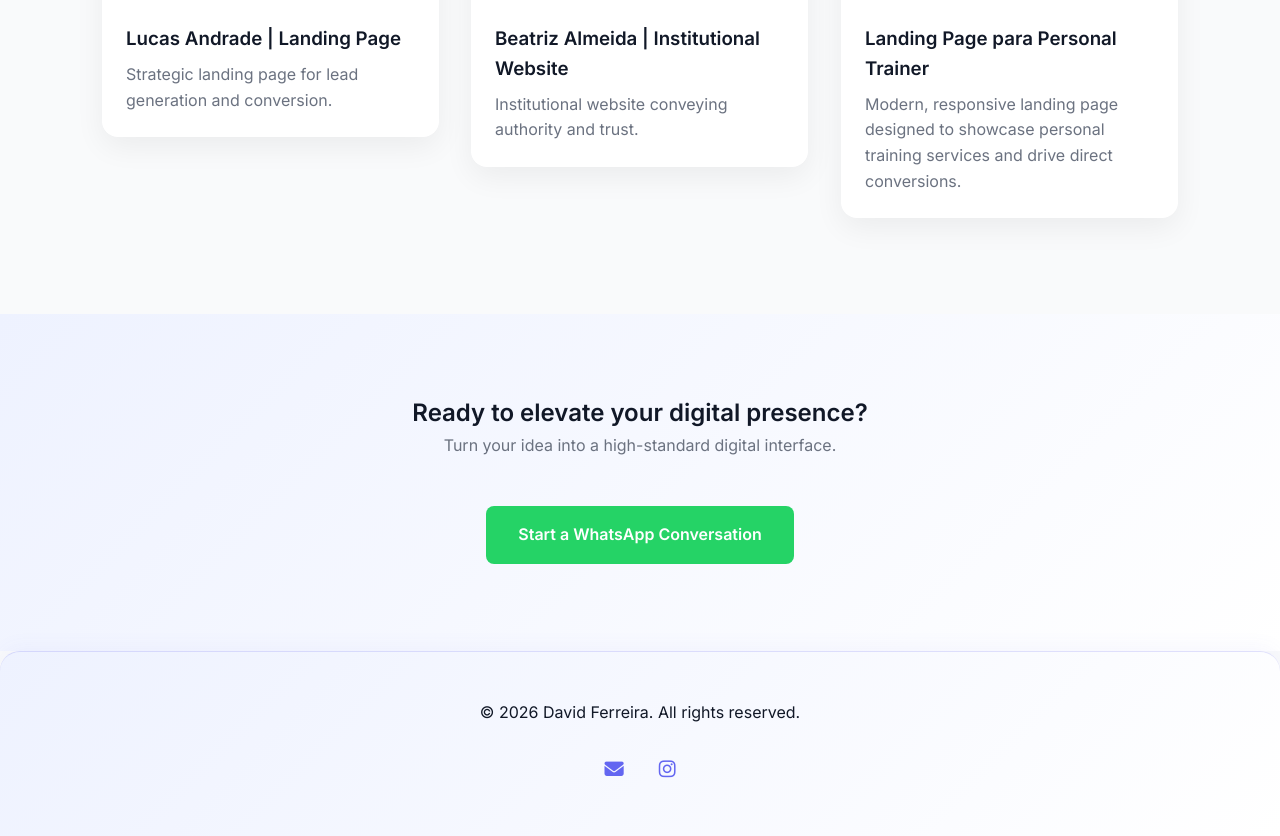
Repository: davidfsillva/David_Ferreira
Page: index.html
An editor plug-in stored every save of this project. The page is shown before and after a run of saves, followed by the edit.
The browser window is 1280 px wide. The pictures show the part of the page from y = 2118 to 2954 px (the page is 2954 px tall before and 2924 px after).

Above is the page before, as saved 2026-02-13 13:10:14.
Console error: TypeError: Cannot read properties of null (reading 'addEventListener')

### index.html
<!DOCTYPE html>
<html lang="en">
<head>
    <meta charset="UTF-8">
    <meta name="viewport" content="width=device-width, initial-scale=1.0">

    <title>David Ferreira | Front-end Developer & Premium UI Designer</title>

    <!-- Primary SEO -->
    <meta name="description" content="David Ferreira is a front-end developer specialized in premium interfaces, high-conversion landing pages, and modern digital experiences.">
    <meta name="keywords" content="Front-end Developer, Web Designer, UI Designer, Landing Page, Web Development, Freelancer Brazil">
    <meta name="author" content="David Ferreira">
    <meta name="robots" content="index, follow">
    <link rel="canonical" href="https://yourdomain.com/">

    <!-- Open Graph (Facebook, LinkedIn) -->
    <meta property="og:title" content="David Ferreira | Premium Front-end Developer">
    <meta property="og:description" content="High-standard digital interfaces focused on performance and conversion.">
    <meta property="og:image" content="https://yourdomain.com/preview.jpg">
    <meta property="og:url" content="https://yourdomain.com/">
    <meta property="og:type" content="website">

    <!-- Twitter Card -->
    <meta name="twitter:card" content="summary_large_image">
    <meta name="twitter:title" content="David Ferreira | Web Developer">
    <meta name="twitter:description" content="Premium web development focused on performance and modern design.">
    <meta name="twitter:image" content="https://yourdomain.com/preview.jpg">

    <!-- Favicon -->
    <link rel="icon" href="favicon.ico" type="image/x-icon">

    <!-- Fonts -->
    <link href="https://fonts.googleapis.com/css2?family=Inter:wght@300;400;600&family=Plus+Jakarta+Sans:wght@700;800&display=swap" rel="stylesheet">

    <!-- Font Awesome -->
    <link rel="stylesheet" href="https://cdnjs.cloudflare.com/ajax/libs/font-awesome/6.5.0/css/all.min.css" integrity="sha512-..." crossorigin="anonymous" referrerpolicy="no-referrer" />

    <link rel="stylesheet" href="style.css">
</head>

<body>

    <!-- NAVBAR -->
    <nav class="navbar">
        <div class="logo"><a href="#">David | Web Developer<span>.</span></a></div>

        <ul class="nav-links">
            <li><a href="#about">About</a></li>
            <li><a href="#portfolio">Projects</a></li>
            <li><a href="#contact" class="btn-sm">Contact</a></li>
        </ul>
    </nav>

    <!-- HERO -->
    <section class="hero">
        <div class="hero-content">
            <h1>Creating high-level digital <span> with code experiences</span></h1>
            <p>Front-end developer specialized in high-standard interfaces and landing pages focused on results.</p>
            <div class="hero-btns">
                <a href="#portfolio" class="btn-primary">See Projects</a>
                <a href="#contact" class="btn-secondary">Let's Talk</a>
            </div>
        </div>
        <div class="hero-visual">
            <div class="hero-glow"></div>
        </div>
    </section>

    <!-- ABOUT -->
    <section id="about" class="section">
        <h2>About Me</h2>
        <p>I'm David Ferreira, a Front-end developer focused on creating modern, functional websites with premium interfaces. I work with HTML, CSS, JavaScript, and React, prioritizing performance, design, and user experience.</p>
        <p>My goal is to help businesses and professionals stand out digitally through websites that convey trust and deliver real results.</p>
    </section>

    <!-- PORTFOLIO -->
    <section id="portfolio" class="portfolio">
        <div class="section-header">
            <h2>Selected Projects</h2>
            <p>A showcase of solutions focused on performance and design.</p>
        </div>
        <div class="portfolio-grid">

            <!-- Project 6 -->
            <a href="https://davidfsillva.github.io/Evergreen-Elite-Landscaping/" target="_blank" class="project-link">
                <div class="project-card">
                    <div class="card-image">
                        <img src="img/lndg.png" alt="Alex Carter Project">
                        <div class="card-overlay"><span>View Details</span></div>
                    </div>
                    <div class="card-info">
                        <h3>Evergreen Elite |Landing Page</h3>
                        <p>Personal branding website for a professional athlete.</p>
                    </div>
                </div>
            </a>

            <!-- Project 1 -->
            <a href="https://davidfsillva.github.io/Alex-Carter/" target="_blank" class="project-link">
                <div class="project-card">
                    <div class="card-image">
                        <img src="img/alex.png" alt="Alex Carter Project">
                        <div class="card-overlay"><span>View Details</span></div>
                    </div>
                    <div class="card-info">
                        <h3>Alex Carter | Landing Page</h3>
                        <p>Personal branding website for a professional athlete.</p>
                    </div>
                </div>
            </a>

            <!-- Project 2 -->
            <a href="https://davidfsillva.github.io/e-hammershark/" target="_blank" class="project-link">
                <div class="project-card">
                    <div class="card-image">
                        <img src="img/ecomerce.png" alt="Hammershark Project">
                        <div class="card-overlay"><span>View Details</span></div>
                    </div>
                    <div class="card-info">
                        <h3>Hammershark | E-commerce</h3>
                        <p>Fitness fashion e-commerce, focused on branding and shopping experience.</p>
                    </div>
                </div>
            </a>

            <!-- Project 3 -->
            <a href="https://davidfsillva.github.io/landing-page/" target="_blank" class="project-link">
                <div class="project-card">
                    <div class="card-image">
                        <img src="img/landingpage.png" alt="Landing Page Project">
                        <div class="card-overlay"><span>View Details</span></div>
                    </div>
                    <div class="card-info">
                        <h3>Lucas Andrade | Landing Page</h3>
                        <p>Strategic landing page for lead generation and conversion.</p>
                    </div>
                </div>
            </a>

            <!-- Project 4 -->
            <a href="https://davidfsillva.github.io/beatriz-almeida-adv/" target="_blank" class="project-link">
                <div class="project-card">
                    <div class="card-image">
                        <img src="img/adv.png" alt="Beatriz Almeida Law Firm Project">
                        <div class="card-overlay"><span>View Details</span></div>
                    </div>
                    <div class="card-info">
                        <h3>Beatriz Almeida | Institutional Website</h3>
                        <p>Institutional website conveying authority and trust.</p>
                    </div>
                </div>
            </a>

            <!-- Project 5 -->
            <a href="https://davidfsillva.github.io/Hailey-Reed-Coaching/" target="_blank" class="project-link">
                <div class="project-card">
                    <div class="card-image">
                        <img src="img/Hailey.png" alt="Beatriz Almeida Law Firm Project">
                        <div class="card-overlay"><span>View Details</span></div>
                    </div>
                    <div class="card-info">
                        <h3>Landing Page para Personal Trainer</h3>
                        <p>Modern, responsive landing page designed to showcase personal training services and drive direct conversions.</p>
                    </div>
                </div>
            </a>
        </div>
    </section>

    <!-- CTA / CONTACT -->
    <section id="contact" class="cta-section">
        <h2>Ready to elevate your digital presence?</h2>
        <p>Turn your idea into a high-standard digital interface.</p>
        <a href="https://wa.me/5511990242453" target="_blank" class="btn-whatsapp">Start a WhatsApp Conversation</a>
    </section>

    <!-- FOOTER -->
    <footer>
        <div class="footer-content">
            <p>&copy; 2026 David Ferreira. All rights reserved.</p>
            <div class="social-links">
                <a href="mailto:davidfsillva@icloud.com" target="_blank" rel="noopener noreferrer"><i class="fa-solid fa-envelope"></i></a>
                <a href="https://www.instagram.com/david_websites?igsh=MWdmZWJ3MW80N3JsNQ==" target="_blank" rel="noopener noreferrer"><i class="fa-brands fa-instagram"></i></a>
            </div>
        </div>
    </footer>

    <script src="scripts.js"></script>
</body>
</html>

### style.css
:root {
  --primary: #6366f1;
  --primary-light: #818cf8;
  --accent: #a855f7;
  --text-dark: #111827;
  --text-light: #6b7280;
  --bg-light: #f9fafb;
  --white: #ffffff;
  --transition: all 0.3s ease;
}

/* RESET */
* {
  margin: 0;
  padding: 0;
  box-sizing: border-box;
}

html {
  scroll-behavior: smooth;   /* já tinha */
  scroll-padding-top: 70px; /* ajuste esse valor para altura da navbar */
}


body {
  font-family: 'Inter', sans-serif;
  background: var(--bg-light);
  color: var(--text-dark);
  line-height: 1.6;
  animation: fadePage 0.8s ease-in-out;
}

@keyframes fadePage {
  from { opacity: 0; transform: translateY(10px); }
  to { opacity: 1; transform: translateY(0); }
}

/* NAVBAR */
.navbar {
  position: fixed;
  width: 100%;
  top: 0;
  padding: 1.5rem 8%;
  display: flex;
  justify-content: space-between;
  align-items: center;
  background: rgba(255,255,255,0.85);
  backdrop-filter: blur(12px);
  box-shadow: 0 4px 20px rgba(0,0,0,0.05);
  z-index: 1000;
  transition: var(--transition);
}

.logo {
  font-family: 'Plus Jakarta Sans', sans-serif;
  font-weight: 800;
  font-size: 1.5rem;
}

.logo a {
  text-decoration: none;   /* remove o sublinhado */
  color: var(--text-dark); /* cor principal da logo */
  font-weight: 800;
  font-size: 1.5rem;
}

.logo a span {
  color: var(--primary);   /* deixa apenas o ponto colorido */
}


.logo span {
  color: var(--primary);
}

.nav-links {
  display: flex;
  list-style: none;
  gap: 2rem;
}

.nav-links a {
  text-decoration: none;
  color: var(--text-light);
  font-weight: 500;
  transition: var(--transition);
}

.nav-links a:hover {
  color: var(--primary);
  transform: translateY(-2px);
}

/* HERO */
.hero {
  min-height: 100vh;
  padding: 120px 8% 80px; /* aumentei de 60px para 80px */
  display: flex;
  align-items: center;
  justify-content: space-between;
  background: linear-gradient(135deg, #eef2ff, #ffffff);
  flex-wrap: wrap;
}

.hero-content {
  max-width: 600px;
  animation: heroFade 1s ease 0.2s both;
}

@keyframes heroFade {
  from { opacity: 0; transform: translateY(40px); }
  to { opacity: 1; transform: translateY(0); }
}

.badge {
  display: inline-block;
  padding: 0.5rem 1rem;
  background: rgba(99,102,241,0.1);
  color: var(--primary);
  border-radius: 20px;
  font-size: 0.8rem;
  font-weight: 600;
  margin-bottom: 1.5rem;
}

.hero h1 {
  font-family: 'Plus Jakarta Sans', sans-serif;
  font-size: clamp(2rem, 5vw, 3.5rem);
  line-height: 1.2;
  margin-bottom: 1.5rem;
}

.hero h1 span {
  background: linear-gradient(90deg, var(--primary), var(--accent));
  -webkit-background-clip: text;
  -webkit-text-fill-color: transparent;
}

.hero p {
  font-size: 1.1rem;
  color: var(--text-light);
  margin-bottom: 2rem;
}

/* BUTTONS */
.btn-primary,
.btn-secondary,
.btn-whatsapp {
  display: inline-block;
  padding: 0.9rem 2rem;
  border-radius: 8px;
  text-decoration: none;
  font-weight: 600;
  transition: all 0.3s ease;
  position: relative;
  overflow: hidden;
}

.btn-primary {
  background: linear-gradient(90deg, var(--primary), var(--accent));
  color: white;
  box-shadow: 0 10px 25px rgba(99,102,241,0.3);
}

.btn-primary:hover {
  transform: translateY(-4px) scale(1.03);
}

.btn-primary:active {
  transform: scale(0.96);
}

.btn-primary::after {
  content: "";
  position: absolute;
  width: 200%;
  height: 200%;
  background: radial-gradient(circle, rgba(255,255,255,0.4), transparent 60%);
  top: -50%;
  left: -50%;
  opacity: 0;
  transition: opacity 0.4s ease;
}

.btn-primary:hover::after {
  opacity: 1;
}

.btn-secondary {
  border: 1px solid #e5e7eb;
  color: var(--text-dark);
  margin-left: 1rem;
  box-shadow: 0 5px 25px rgba(99,102,241,0.3);

}

.btn-secondary:hover {
  background: #f3f4f6;
  transform: translateY(-4px);
}

.btn-secondary:active {
  transform: scale(0.96);
}

.btn-whatsapp {
  background: linear-gradient(90deg, #25d366, #1ebe57);
  color: white;
  padding: 1rem 2rem;
  border-radius: 8px;
  font-weight: 600;
  transition: var(--transition);
}

.btn-whatsapp:hover {
  transform: translateY(-3px) scale(1.03);
  box-shadow: 0 8px 20px rgba(37,211,102,0.4);
}

.btn-whatsapp:active {
  transform: scale(0.96);
}

.hero-btns {
  display: flex;
  flex-wrap: wrap;
}

#about {
  text-align: center;
  max-width: 1200px;
  margin: 4rem auto 0; /* adiciona mais distância do Hero */
  padding: 6rem 8%;
  background: linear-gradient(135deg, #eef2ff 0%, #ffffff 100%);
  border-radius: 20px;
  box-shadow: 0 15px 40px rgba(99,102,241,0.15);
  position: relative;
  overflow: hidden;
}

#about::before {
  content: "";
  position: absolute;
  width: 200px;
  height: 200px;
  background: radial-gradient(circle, rgba(163,155,253,0.2), transparent 70%);
  top: -50px;
  right: -50px;
  border-radius: 50%;
  z-index: 0;
  animation: pulseGlow 6s infinite ease-in-out;
}

#about h2 {
  font-family: 'Plus Jakarta Sans', sans-serif;
  font-size: clamp(2rem, 4vw, 2.5rem);
  margin-bottom: 2rem;
  position: relative;
  z-index: 1;
  background: linear-gradient(90deg, var(--primary), var(--accent));
  -webkit-background-clip: text;
  -webkit-text-fill-color: transparent;
}

#about p {
  font-size: 1.05rem;
  line-height: 1.9;
  color: var(--text-dark);
  margin-bottom: 1.8rem;
  position: relative;
  z-index: 1;
  opacity: 0;
  transform: translateY(20px);
  animation: fadeUp 1s forwards;
  animation-delay: 0.3s;
}

/* Animação suave */
@keyframes fadeUp {
  to {
    opacity: 1;
    transform: translateY(0);
  }
}



/* HERO VISUAL */
.hero-visual {
  flex: 1;
  min-height: 400px;
  display: flex;
  justify-content: center;
  align-items: center;
}

.hero-glow {
  width: 380px;
  height: 380px;
  background: url('img/dashboard.png') no-repeat center center;
  background-size: contain;
  animation: float-rotate 8s ease-in-out infinite;
}

@keyframes float-rotate {
  0%   { transform: translateY(0px) rotate(0deg); }
  50%  { transform: translateY(-10px) rotate(3deg); }
  100% { transform: translateY(0px) rotate(0deg); }
}

/* PORTFOLIO */
.portfolio {
  padding: 6rem 8%;
}

.section-header {
  text-align: center;
  margin-bottom: 4rem;
}

.section-header h2 {
  font-family: 'Plus Jakarta Sans', sans-serif;
  font-size: 2.2rem;
  margin-bottom: 1rem;
  color: var(--primary)
}

.section-header p {
  color: var(--text-light);
}

.portfolio-grid {
  display: grid;
  grid-template-columns: repeat(auto-fit, minmax(280px, 1fr));
  gap: 2rem;
}

.project-card {
  background: var(--white);
  border-radius: 16px;
  overflow: hidden;
  box-shadow: 0 10px 30px rgba(0,0,0,0.06);
  cursor: pointer;
  transition: transform 0.4s ease, box-shadow 0.4s ease;
  will-change: transform;
}

.project-card:hover {
  transform: translateY(-12px) scale(1.03);
  box-shadow: 0 25px 50px rgba(99,102,241,0.2);
}

.card-image {
  position: relative;
  overflow: hidden;
}

.card-image img {
  width: 100%;
  height: 220px;
  object-fit: cover;
  display: block;
  transition: transform 0.6s ease;
}

.project-card:hover .card-image img {
  transform: scale(1.08);
}

.card-overlay {
  position: absolute;
  inset: 0;
  background: rgba(99,102,241,0.8);
  display: flex;
  justify-content: center;
  align-items: center;
  color: white;
  font-weight: 600;
  opacity: 0;
  transition: opacity 0.4s ease;
}

.project-card:hover .card-overlay {
  opacity: 1;
}

.card-info {
  padding: 1.5rem;
}

.card-info h3 {
  margin-bottom: 0.5rem;
}

.card-info p {
  color: var(--text-light);
}

.project-link {
  text-decoration: none;
  color: inherit;
  display: block;
}


/* CTA */
.cta-section {
  padding: 5rem 8%;
  text-align: center;
  background: linear-gradient(135deg, #eef2ff, #ffffff);
}

/* FOOTER */
footer {
  padding: 3rem 5%;
  background: linear-gradient(135deg, #eef2ff, #ffffff); /* leve gradiente */
  border-top: 1px solid rgba(99,102,241,0.2); /* linha discreta */
  text-align: center;
  border-radius: 20px 20px 0 0;
  box-shadow: 0 -4px 20px rgba(99,102,241,0.05);
}

.footer-content {
  display: flex;
  flex-direction: column;
  align-items: center;
  gap: 1.5rem; /* aumenta espaço entre elementos */
}

.footer-content p {
  color: var(--text-dark);
  font-weight: 450;
  font-size: 1rem;
}

.social-links {
  display: flex;
  gap: 1rem; /* distância entre ícones */
}

.social-links a {
  color: var(--primary);
  padding: 0.6rem;
  border-radius: 30%; /* círculo perfeito */
  font-size: 1.2rem;
  display: flex;
  justify-content: center;
  align-items: center;
  transition: all 0.3s ease;
  text-decoration: none;
}

.social-links a:hover {
  transform: translateY(-3px) scale(1.1);
  color: var(--primary);
}


.cta-section p {
  color: var(--text-light);
  margin-bottom: 2.5rem; /* aumenta espaço abaixo do texto */
}

.btn-whatsapp {
  display: inline-block;
  background: #25d366;
  color: white;
  padding: 1rem 2rem;
  border-radius: 8px;
  text-decoration: none;
  font-weight: 600;
  transition: var(--transition);
  margin-top: 0.5rem; /* pequeno respiro extra */
}


/* MODAL */
.modal-overlay {
  position: fixed;
  inset: 0;
  background: rgba(0,0,0,0.6);
  display: none;
  justify-content: center;
  align-items: center;
  padding: 2rem;
  z-index: 2000;
}

.modal-content {
  background: white;
  width: 100%;
  max-width: 900px;
  border-radius: 20px;
  overflow: hidden;
  animation: modalZoom 0.4s cubic-bezier(.23,1,.32,1);
  position: relative;
}

@keyframes modalZoom {
  from { opacity: 0; transform: scale(0.85) translateY(20px); }
  to { opacity: 1; transform: scale(1) translateY(0); }
}

.modal-body {
  display: grid;
  grid-template-columns: 1fr 1fr;
}

.modal-img {
  min-height: 300px;
  background-size: cover !important;
}

.modal-text {
  padding: 2rem;
}

.close-modal {
  position: absolute;
  top: 20px;
  right: 25px;
  background: none;
  border: none;
  font-size: 2rem;
  cursor: pointer;
  transition: transform 0.3s ease;
}

.close-modal:hover {
  transform: rotate(90deg);
}

/* RESPONSIVO */
/* =====================
   RESPONSIVIDADE
===================== */

/* Para telas até 900px */
@media (max-width: 900px) {
  html, body {
    overflow-x: hidden; /* remove rolagem lateral */
  }

  .hero {
    flex-direction: column;
    text-align: center;
    padding: 100px 5% 60px; /* garante espaçamento interno */
    width: 100%; /* força largura total */
  }

  .hero-left,
  .hero-right,
  .hero-visual {
    width: 100%;
    max-width: 100%;
    margin: 0 auto; /* centraliza horizontalmente */
  }

  .hero-btns {
    display: flex;
    justify-content: center;
    align-items: center;
    gap: 1rem;
    flex-wrap: wrap;
    margin: 0 auto;
  }

  .hero-btns a {
    margin: 0; /* remove margens extras que possam deslocar os botões */
  }

  .portfolio,
  .cta-section {
    padding: 4rem 5%;
    width: 100%;
    max-width: 100%;
    margin: 0 auto;
  }
}

/* Para telas até 600px */
@media (max-width: 600px) {
  html, body {
    overflow-x: hidden; /* garante sem scroll lateral */
  }

  .navbar {
    padding: 1rem 5%;
    width: 100%;
    max-width: 100%;
    margin: 0 auto;
  }

  .nav-links {
    display: none;
  }

  .hero {
    padding: 80px 5% 40px;
    width: 100%;
  }

  .hero-btns {
    justify-content: center;
    gap: 1rem;
    flex-wrap: wrap;
  }

  .portfolio,
  .cta-section {
    padding: 3rem 5%;
  }

  footer {
    padding: 2rem 5%;
    width: 100%;
  }

  .footer-content {
    flex-direction: column;
    text-align: center;
    width: 100%;
  }

  .social-links a {
    margin: 0 0.5rem;
  }

  /* imagens e vídeos dentro do hero */
  .hero img,
  .hero video {
    max-width: 100%;
    height: auto;
    display: block;
    margin: 0 auto;
  }
}

### scripts.js
// =============================
// NAVBAR SCROLL EFFECT
// =============================
const navbar = document.querySelector(".navbar");

window.addEventListener("scroll", () => {
  if (window.scrollY > 50) {
    navbar.style.padding = "1rem 8%";
    navbar.style.boxShadow = "0 8px 25px rgba(0,0,0,0.08)";
  } else {
    navbar.style.padding = "1.5rem 8%";
    navbar.style.boxShadow = "0 4px 20px rgba(0,0,0,0.05)";
  }
});

// =============================
// MODAL FUNCTIONALITY
// =============================
const modal = document.querySelector(".modal-overlay");
const modalImg = document.querySelector(".modal-img");
const modalTitle = document.querySelector(".modal-text h3");
const modalDesc = document.querySelector(".modal-text p");
const closeModal = document.querySelector(".close-modal");

const projectCards = document.querySelectorAll(".project-card");

projectCards.forEach(card => {
  card.addEventListener("click", () => {
    const title = card.querySelector("h3").innerText;
    const desc = card.querySelector("p").innerText;
    const img = card.querySelector("img").src;

    modalTitle.innerText = title;
    modalDesc.innerText = desc;
    modalImg.style.backgroundImage = `url(${img})`;

    modal.style.display = "flex";
    document.body.style.overflow = "hidden";
  });
});

// Fechar modal
closeModal.addEventListener("click", () => {
  modal.style.display = "none";
  document.body.style.overflow = "auto";
});

// Fechar clicando fora
modal.addEventListener("click", (e) => {
  if (e.target === modal) {
    modal.style.display = "none";
    document.body.style.overflow = "auto";
  }
});

// Fechar com ESC
document.addEventListener("keydown", (e) => {
  if (e.key === "Escape") {
    modal.style.display = "none";
    document.body.style.overflow = "auto";
  }
});

// =============================
// SCROLL REVEAL ANIMATION
// =============================
const revealElements = document.querySelectorAll(
  ".hero-content, .project-card, .section-header, .cta-section"
);

const observer = new IntersectionObserver(
  (entries) => {
    entries.forEach(entry => {
      if (entry.isIntersecting) {
        entry.target.style.opacity = "1";
        entry.target.style.transform = "translateY(0)";
      }
    });
  },
  { threshold: 0.2 }
);

revealElements.forEach(el => {
  el.style.opacity = "0";
  el.style.transform = "translateY(40px)";
  el.style.transition = "all 0.8s ease";
  observer.observe(el);
});

// =============================
// BUTTON MICRO INTERACTION
// =============================
const buttons = document.querySelectorAll(".btn-primary, .btn-secondary, .btn-whatsapp");

buttons.forEach(btn => {
  btn.addEventListener("mouseenter", () => {
    btn.style.transform = "scale(1.05)";
  });

  btn.addEventListener("mouseleave", () => {
    btn.style.transform = "scale(1)";
  });
});

After the next 4 saves:
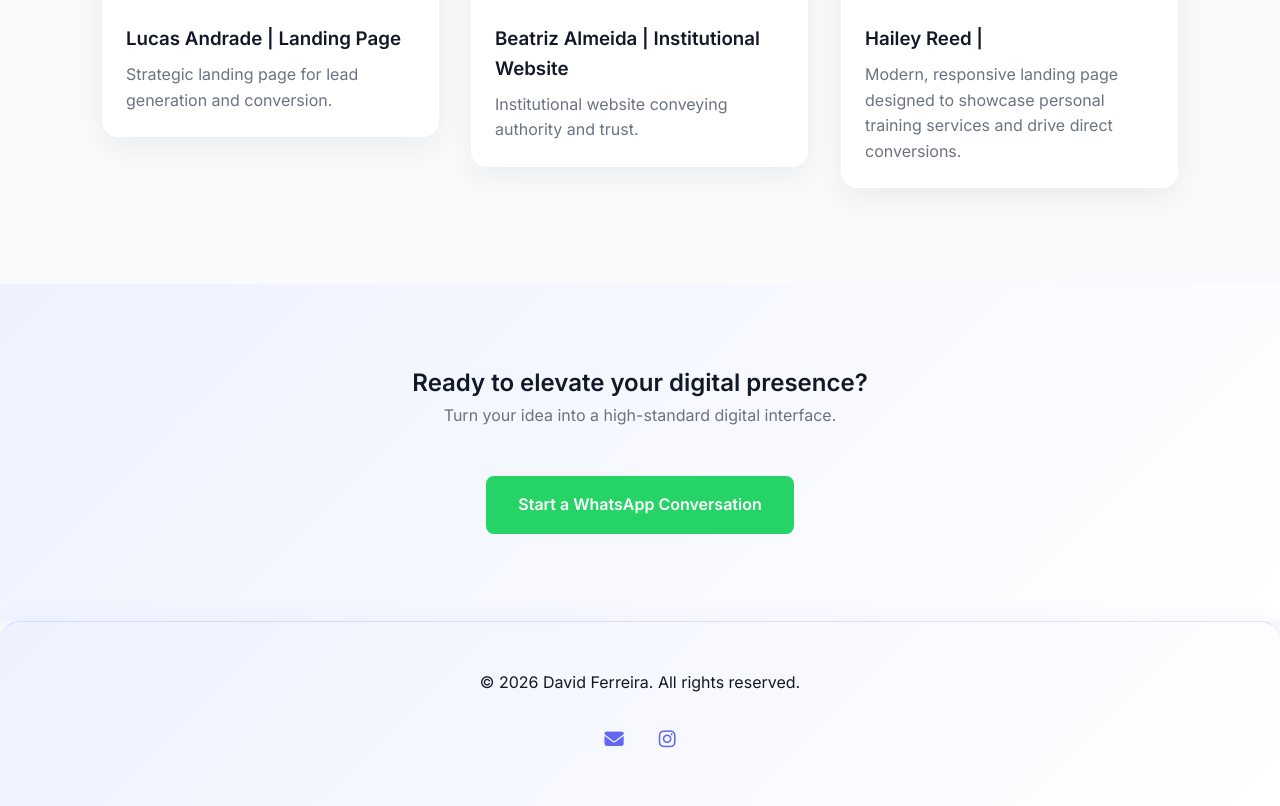
The 4 saves are shown as one change because they came seconds apart.
The last was saved 45 s later.
--- a/index.html
+++ b/index.html
@@ -159,7 +159,7 @@
                         <div class="card-overlay"><span>View Details</span></div>
                     </div>
                     <div class="card-info">
-                        <h3>Landing Page para Personal Trainer</h3>
+                        <h3>Hailey Reed | </h3>
                         <p>Modern, responsive landing page designed to showcase personal training services and drive direct conversions.</p>
                     </div>
                 </div>
